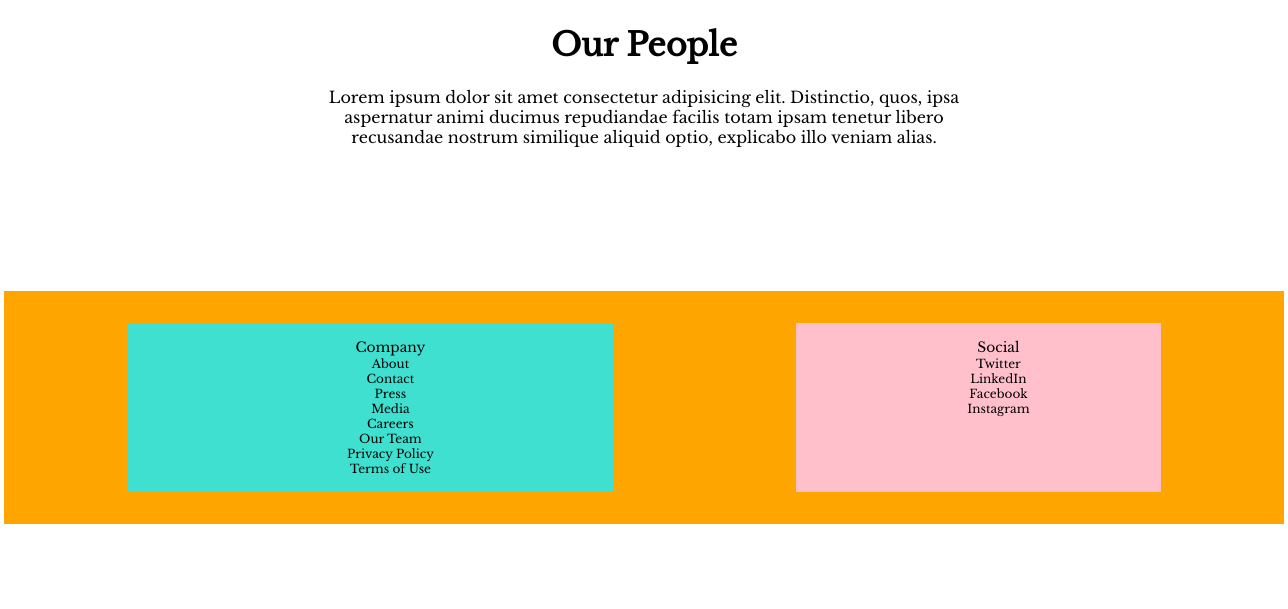
Repository: Tsardines/app
Page: / (app in my-app/)
The author's editor kept a copy of each file at every save. The page is drawn from the files as they stood at one save, then again after the next save.
The browser window is 1280 px wide. The page is 1288 px wide, so the pictures cover 1288 px, including what lies to the right of the window. The pictures show the whole page.
The page's requests for data from a server got no answer. The project was rebuilt for these pictures with package versions that can differ from the ones it lists, and the page was loaded fresh each time. No one was signed in, and anything a server would have sent is missing.

Above is the page before, as saved 2018-11-14 19:13:01.

After the next save:
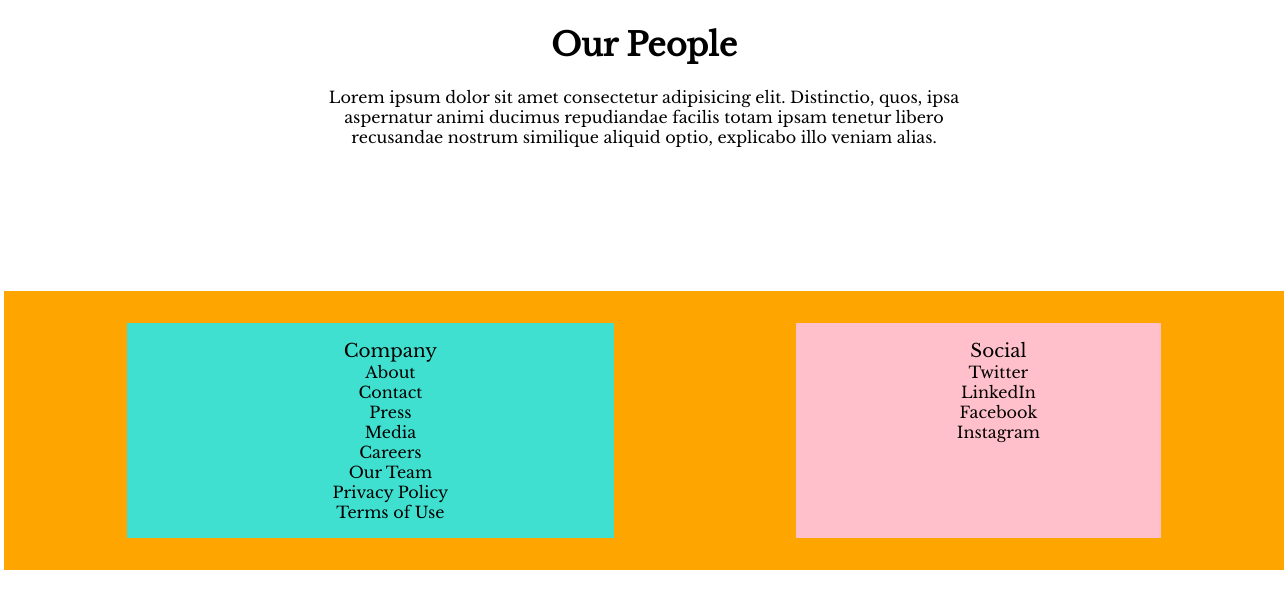
Saved 4 s later.
--- a/my-app/src/components/Footer.css
+++ b/my-app/src/components/Footer.css
@@ -8,7 +8,7 @@
 }
 
 .left ul li, .right ul li {
-    font-size: 0.75em;
+    font-size: 1em;
     list-style-type: none;
 }
 
